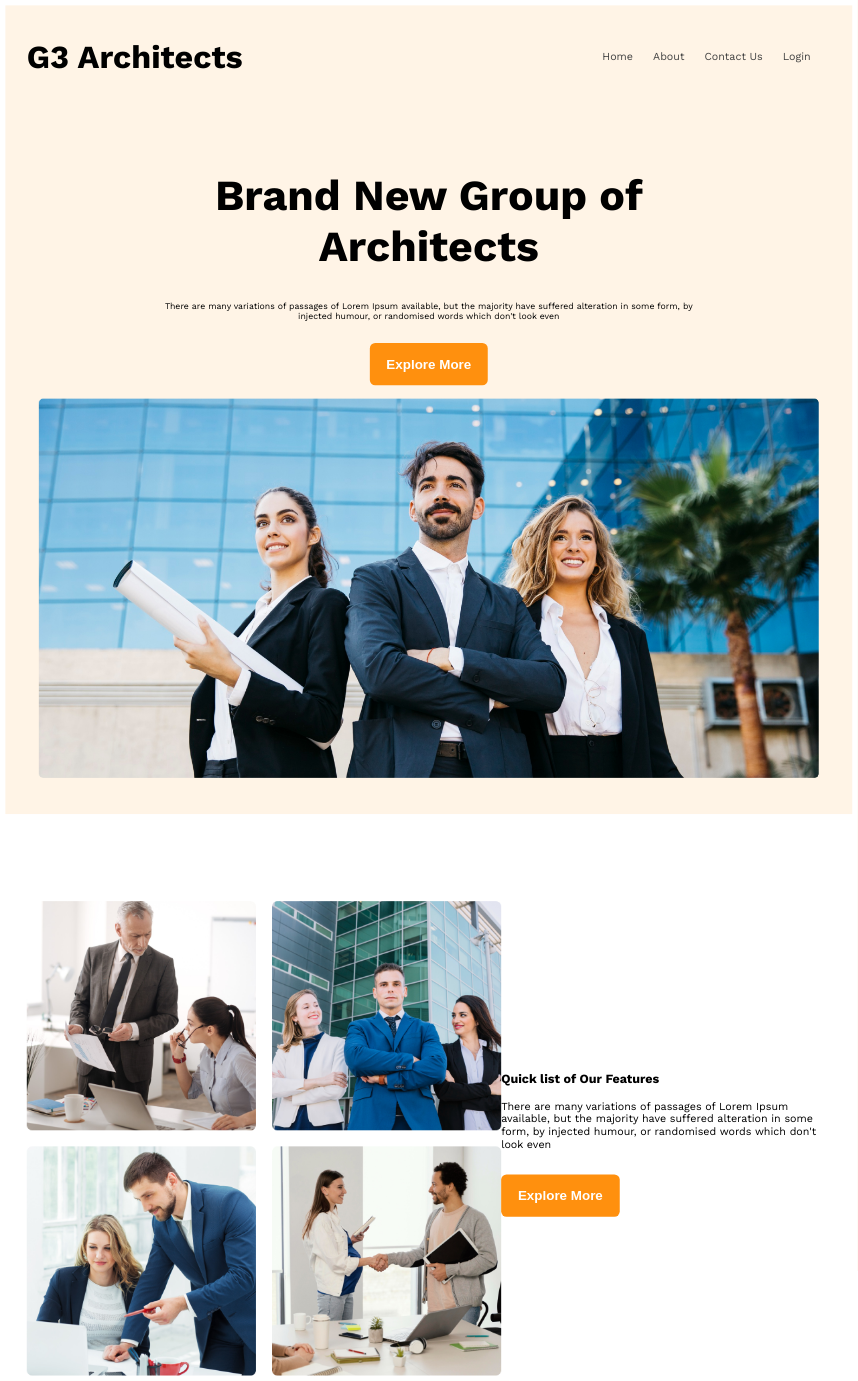
Repository: dollyrakhe22/g3-architects-website
Page: index.html
An editor plug-in stored every save of this project. The page is shown before and after the next save, followed by the edit.
The browser window is 1280 px wide. The pictures show the whole page, at 67% of full size.

Above is the page before, as saved 2025-07-20 20:58:23.

After the next save:
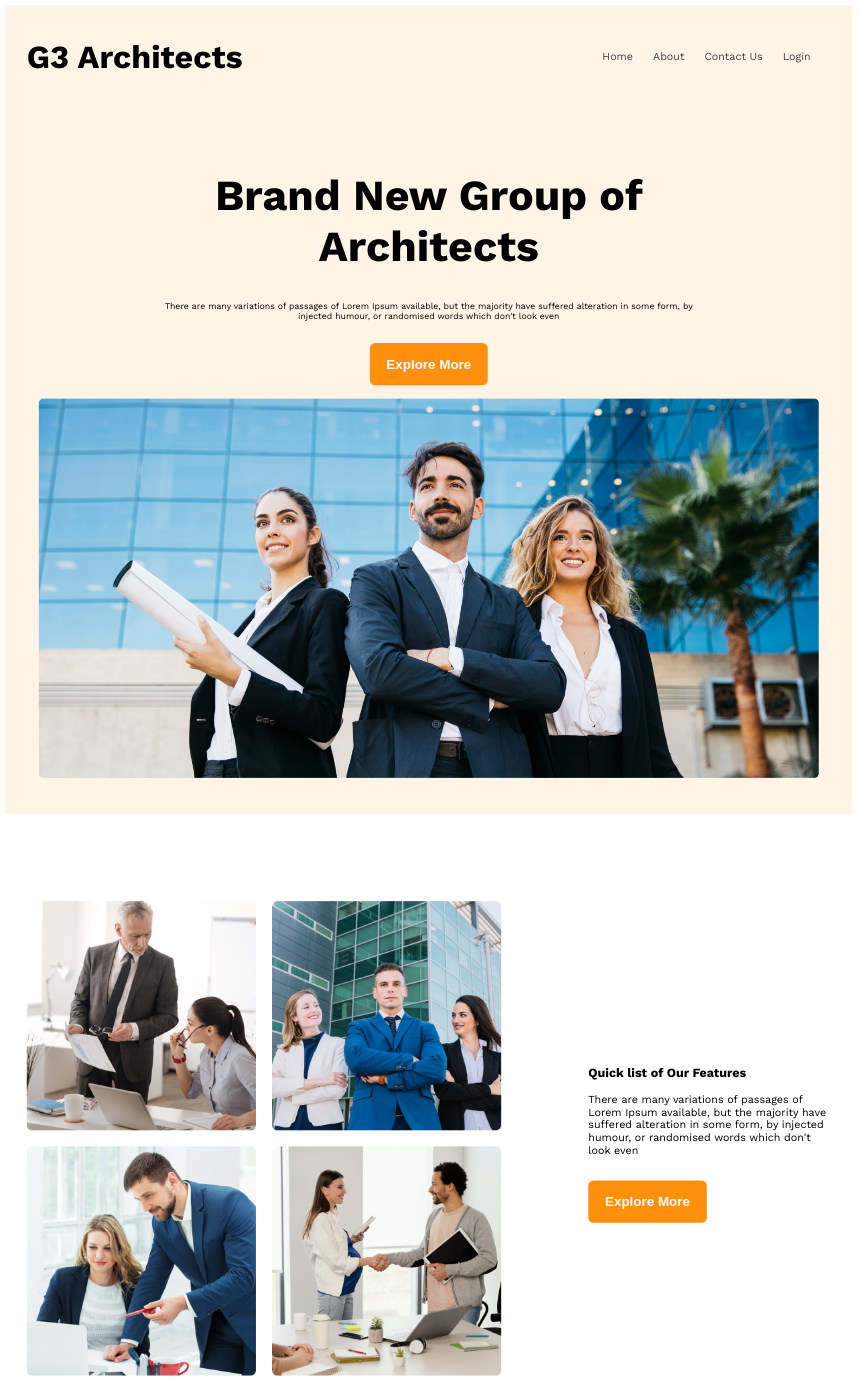
Saved 2 min 3 s later.
--- a/style.css
+++ b/style.css
@@ -103,7 +103,7 @@ main> section{
   gap: 24px;
 }
 .our-features{
-  gap: 20px;
+  margin-left: 130px;
 }
 
 
